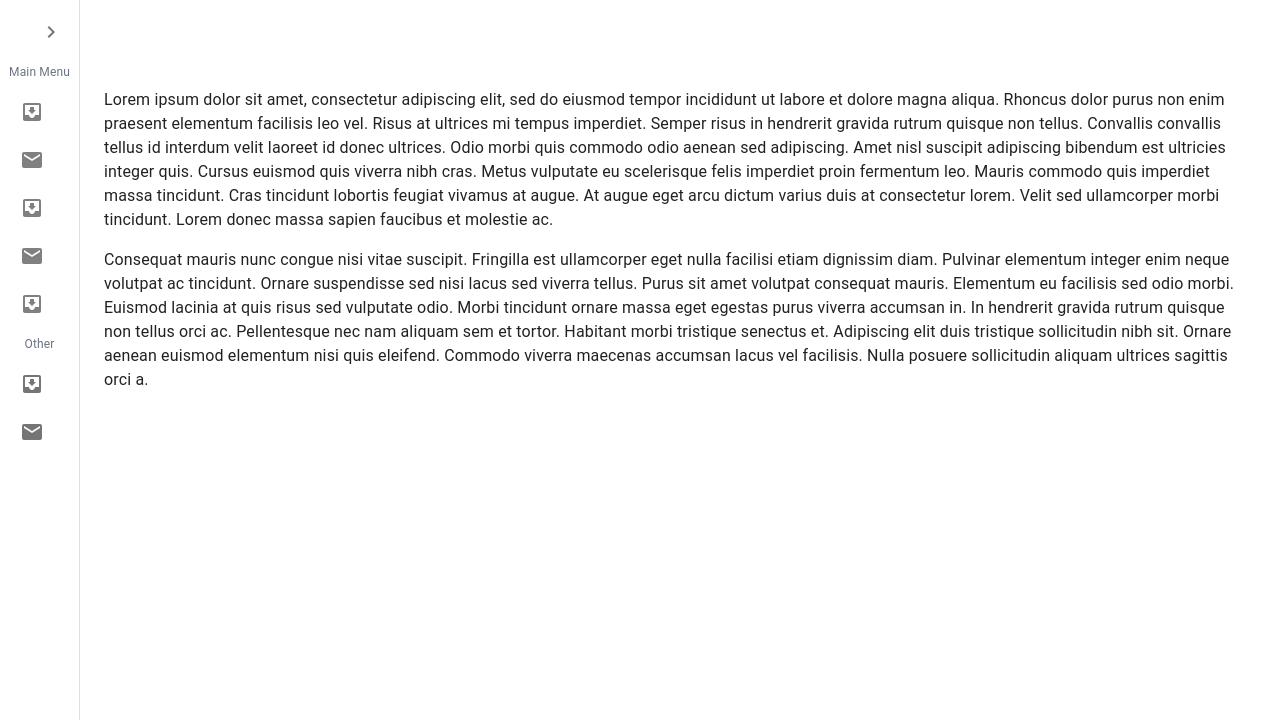
Repository: SatyaDewangan05/sample-dashboard
Page: /
These files come from the project's save history. The page is drawn as it stood at one moment and after the next save; the edit follows.
The browser window is 1280 px wide. The pictures show the whole page.
The project was rebuilt for these pictures with package versions that can differ from the ones it lists, and the page was loaded fresh each time. The framework's server and built-in components were replaced by stand-ins that run in the browser. Also part of the build but not shown: next.config.mjs.

Above is the page before, as saved 2024-09-20 22:00:41.

After the next save:
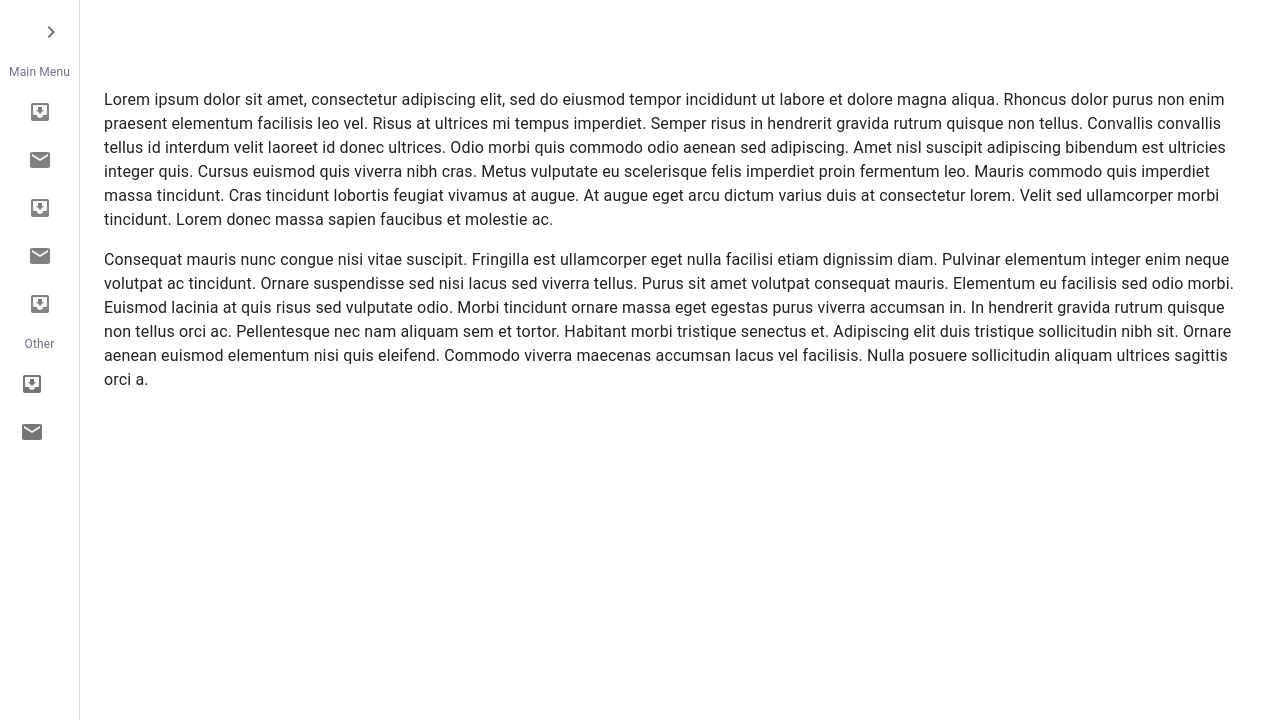
Saved 10 s later.
--- a/src/app/components/Drawer.jsx
+++ b/src/app/components/Drawer.jsx
@@ -181,7 +181,7 @@ export default function MiniDrawer() {
                 <ListItemIcon
                   sx={[
                     {
-                      minWidth: 0,
+                      //   minWidth: 0,
                       justifyContent: "center",
                       color: active === text ? "#FF5151" : "gray",
                     },
